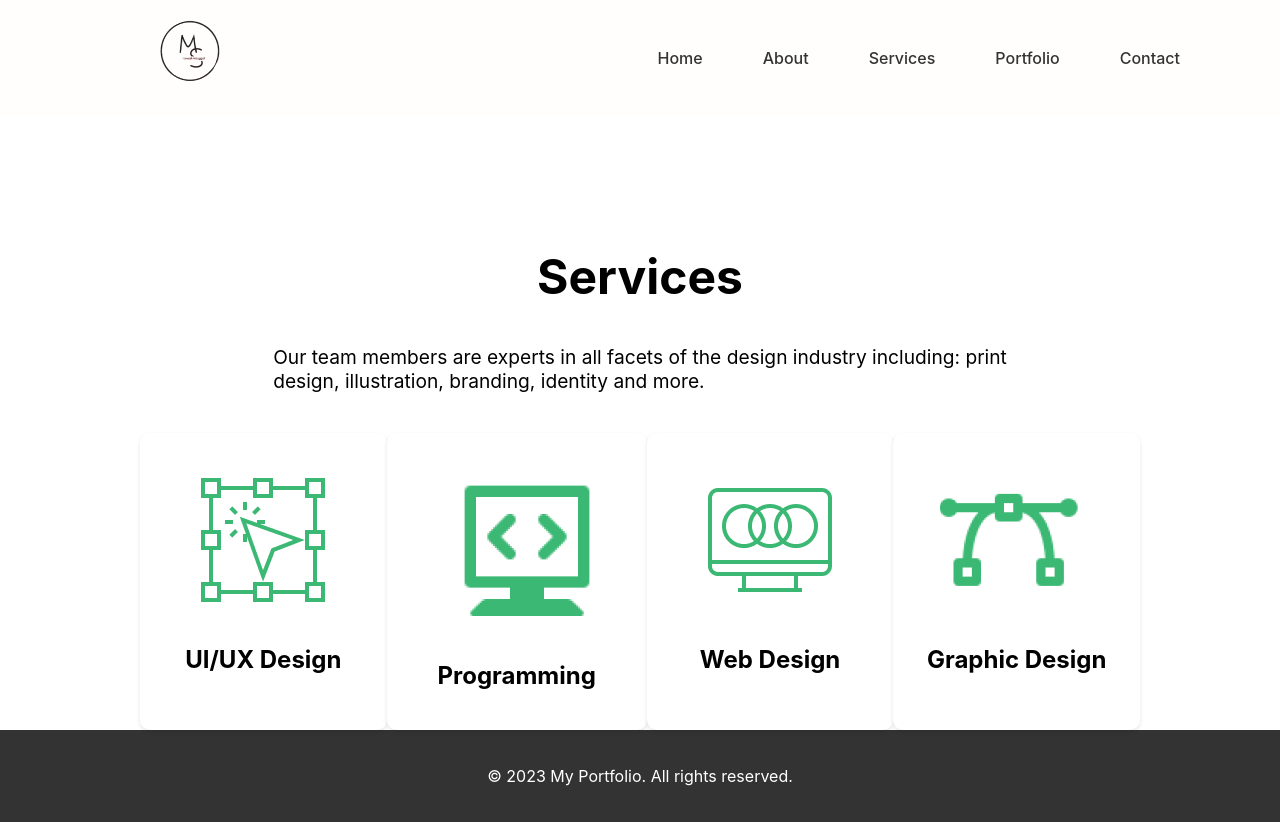
Repository: MEROO1010/Portfolio_00
Page: /services (app in portfolio_00/)
The author's editor kept a copy of each file at every save. The page is drawn from the files as they stood at one save, then again after the next save.
The browser window is 1280 px wide. The pictures show the whole page.
The project was rebuilt for these pictures with package versions that can differ from the ones it lists, and the page was loaded fresh each time. Also part of the build but not shown: portfolio_00/src/components/Home.jsx, portfolio_00/src/components/About.jsx, portfolio_00/src/components/Portfolio.jsx, portfolio_00/src/components/Contact.jsx.

Above is the page before, as saved 2024-11-18 12:21:11.

After the next save:
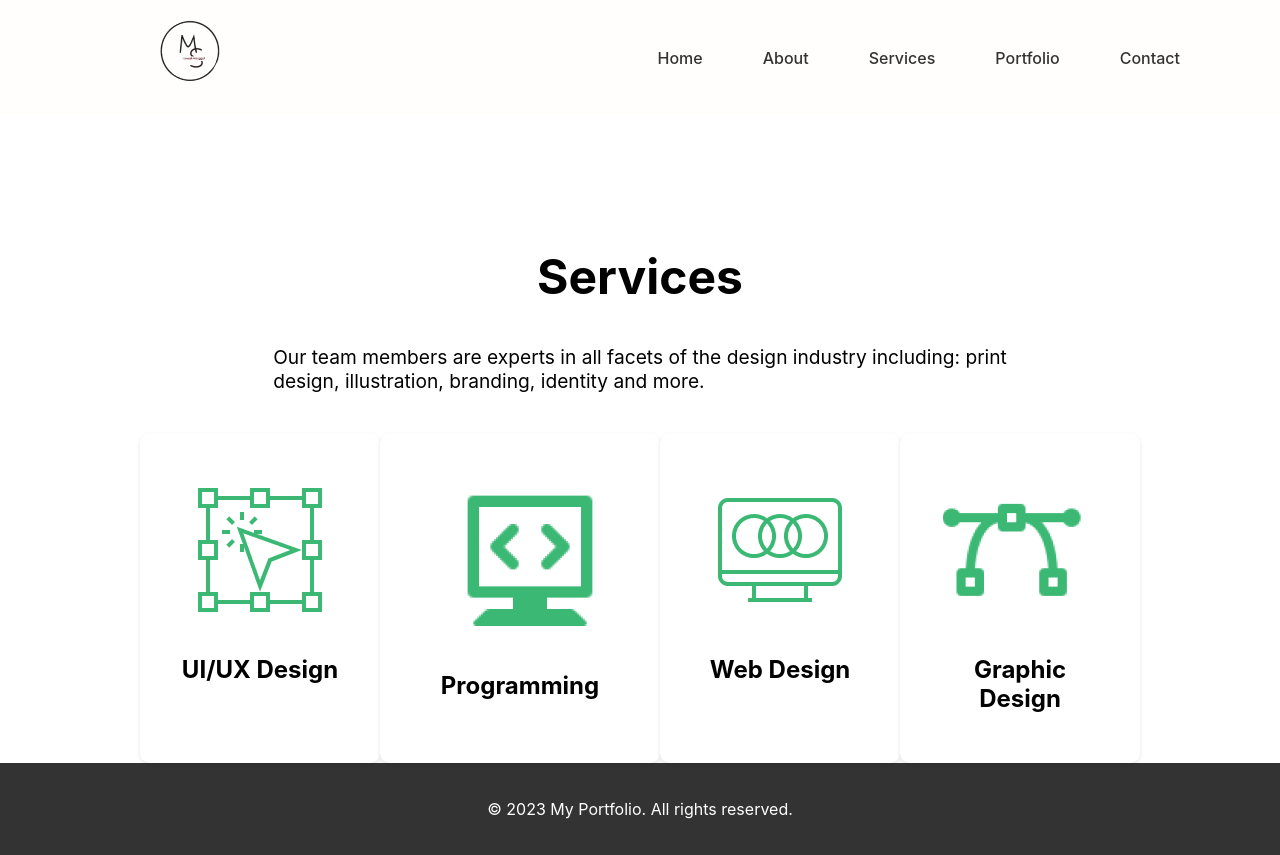
Saved 24 s later.
--- a/portfolio_00/src/components/Services.jsx
+++ b/portfolio_00/src/components/Services.jsx
@@ -35,7 +35,7 @@
 const ServiceCard = styled.div`
   background-color: white;
   border-radius: 10px;
-  padding: 30px;
+  padding: 40px;
   box-shadow: 0 2px 4px rgba(0, 0, 0, 0.1);
   text-align: center;
   width: 200px;

After the save that followed:
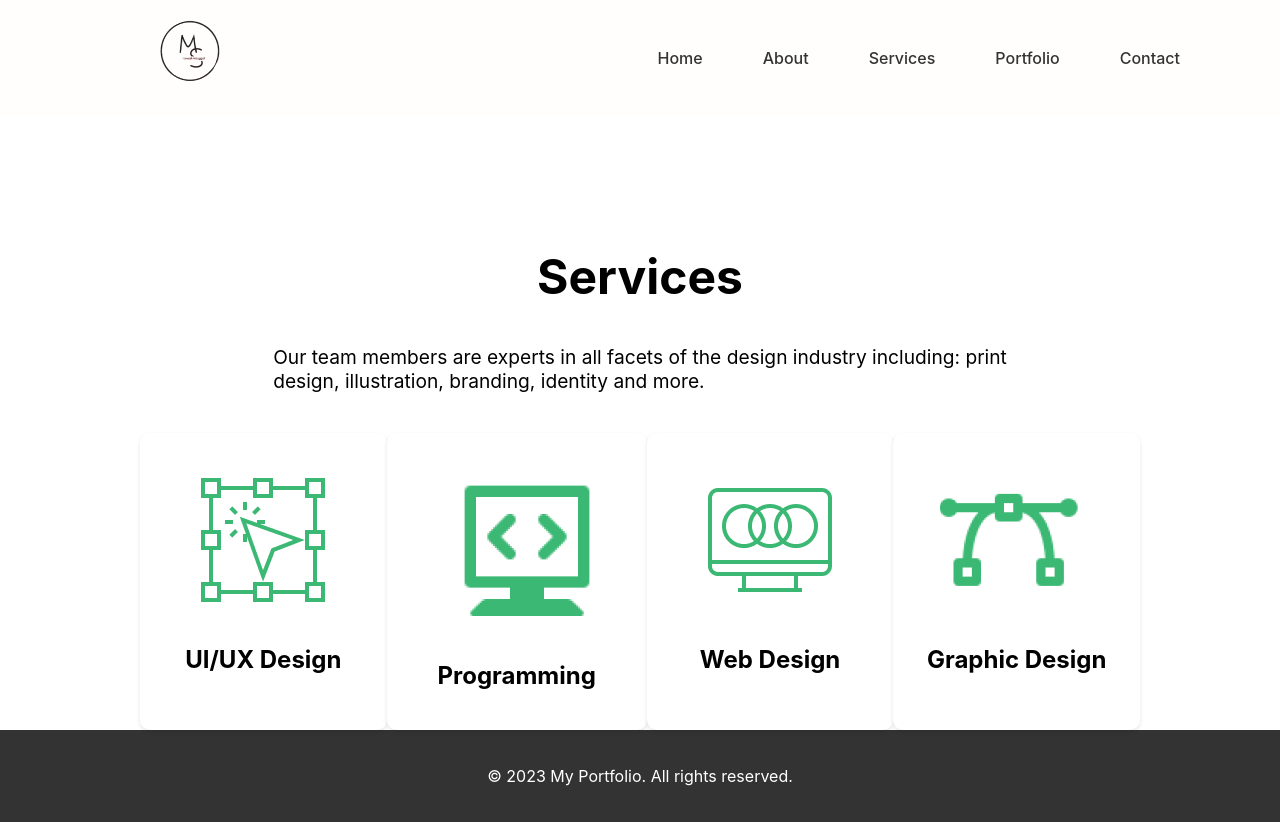
Saved 12 s later.
--- a/portfolio_00/src/components/Services.jsx
+++ b/portfolio_00/src/components/Services.jsx
@@ -35,7 +35,7 @@
 const ServiceCard = styled.div`
   background-color: white;
   border-radius: 10px;
-  padding: 40px;
+  padding: 30px;
   box-shadow: 0 2px 4px rgba(0, 0, 0, 0.1);
   text-align: center;
   width: 200px;
